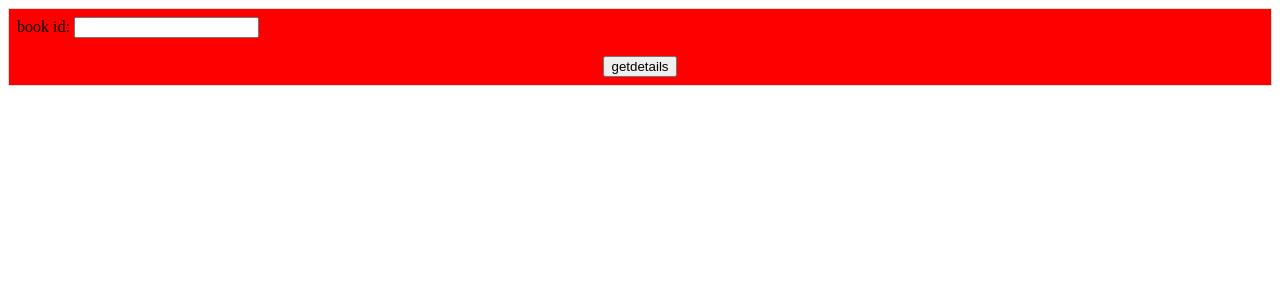
Repository: Saikumar6901/DBSTrainingModules
Page: http://localhost/Bookmanagement/updatefile.jsp
The author's editor kept a copy of each file at every save. The page is drawn from the files as they stood at one save, then again after the next save.
The browser window is 1280 px wide. The pictures show the whole page.
The page is served by Tomcat 9. Other server files are loaded and not shown.

Above is the page before, as saved 2019-08-12 15:14:11.

### eclipse/Bookmanagement/WebContent/updatefile.jsp
<%@ page language="java" contentType="text/html; charset=ISO-8859-1"
    pageEncoding="ISO-8859-1"%>
<!DOCTYPE html>
<html>
<head>
<meta charset="ISO-8859-1">
<title>Insert title here</title>
<style>
.updateform{
  border: 1px solid #dddddd;
  text-align: left;
  padding: 8px;
  background-color:#ff0000;
  margin:auto;
  display:block;
}
.subbutton{

  margin:auto;
  display:block;
}
</style>
</head>
<body>
<form action="updatedetails.jsp" class="updateform">
book id: <input type="text" name="bookid"><br></br>
 <input type="submit" class="subbutton" value="getdetails">
</form>
</body>
</html>

After the next save:
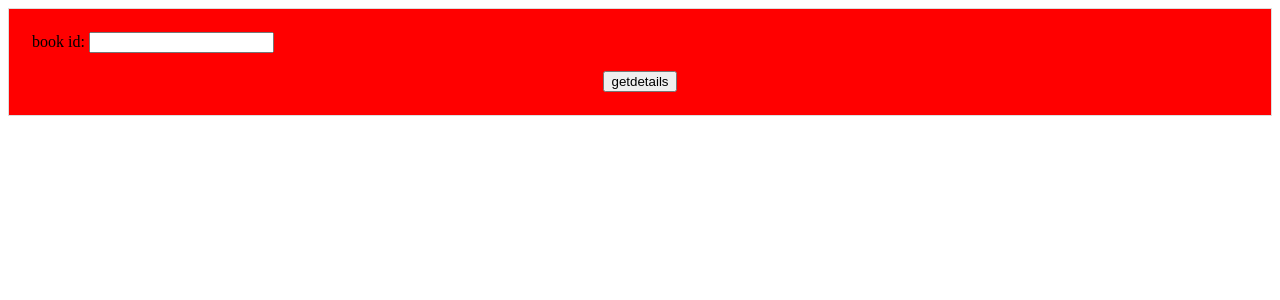
Saved 13 s later.
--- a/eclipse/Bookmanagement/WebContent/updatefile.jsp
+++ b/eclipse/Bookmanagement/WebContent/updatefile.jsp
@@ -9,7 +9,7 @@
 .updateform{
   border: 1px solid #dddddd;
   text-align: left;
-  padding: 8px;
+  padding: 23px;
   background-color:#ff0000;
   margin:auto;
   display:block;
